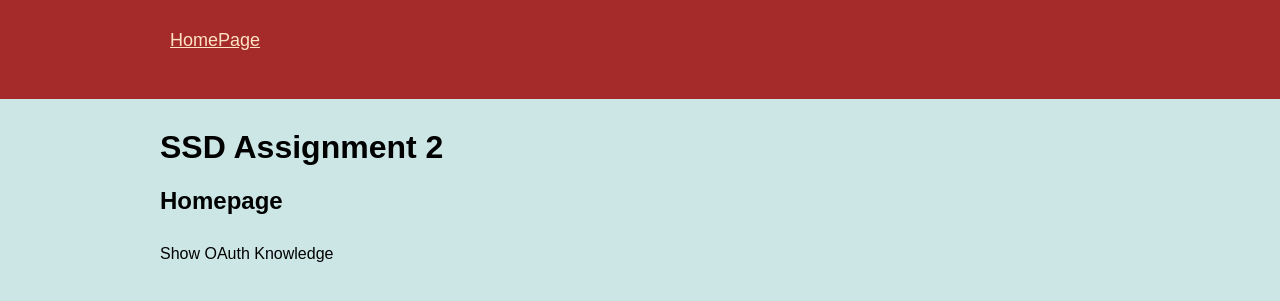
Repository: RISBandara/Oauth2-Assignment2
Page: http://localhost/
The author's editor kept a copy of each file at every save. The page is drawn from the files as they stood at one save, then again after the next save.
The browser window is 1280 px wide. The pictures show the whole page.
The page is served by the project's Node server (app.js).

Above is the page before, as saved 2019-09-11 09:14:39.

### Oauth/views/home.ejs
<!DOCTYPE html>
<html>
    <head>
        <meta charset="utf-8">
        <title>SSD Assignment 2</title>
        <style>
body{
    font-family: Arial, Helvetica, sans-serif;
    margin: 0;
    background-color: rgb(204, 230, 230);
}
nav{
    background-color: brown;
    padding: 20px 10px;
}

nav ul{
max-width: 960px;
margin: 0 auto;
padding: 0;
}
nav li{
    list-style-type: none ;
    display: inline;
    margin: 0 10px 0 0;
}
nav a{
    display: block;
    padding: 10px;
    font-size: 18px;
    color: bisque;

}

main ,header{
    max-width: 960px;
    margin: 30px auto;
    padding: 0 10px;
    color: black;
}
        </style>
    </head>

    <body>
        <nav>
            <ul>
                <li><a href="/">HomePage</a></li>
            </ul>
        </nav>
        <header>
            <h1>SSD Assignment 2</h1>
            <h2>Homepage</h2>
        </header>
        <main>
            <p>Show OAuth Knowledge</p>
        </main>
    </body>
</html>

### Oauth/app.js
const express = require('express');

const app = express();

//set view engine
app.set('view engine','ejs');

//create route
app.get('/',(req,res) =>{

    res.render('home.ejs');
});

//port
app.listen(3000,()=>{
    console.log('started in 3000');
})

After the next save:
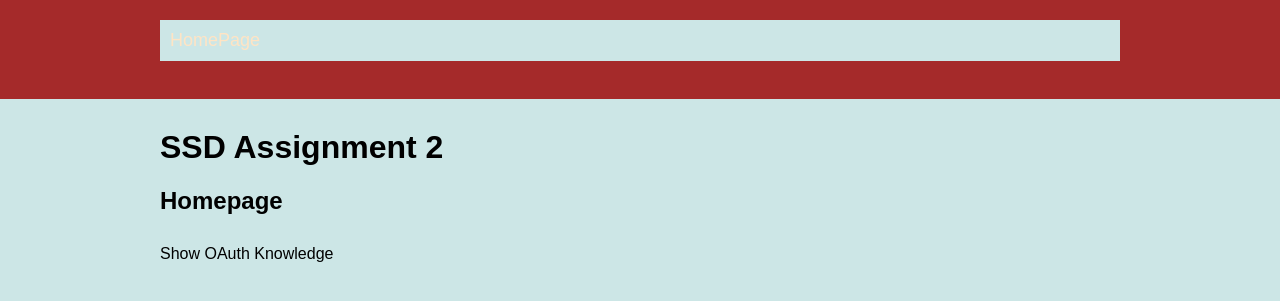
Saved 67 s later.
--- a/Oauth/views/home.ejs
+++ b/Oauth/views/home.ejs
@@ -29,7 +29,8 @@ nav a{
     padding: 10px;
     font-size: 18px;
     color: bisque;
-
+    background: rgb(204, 230, 230);
+    text-decoration: none;
 }
 
 main ,header{
